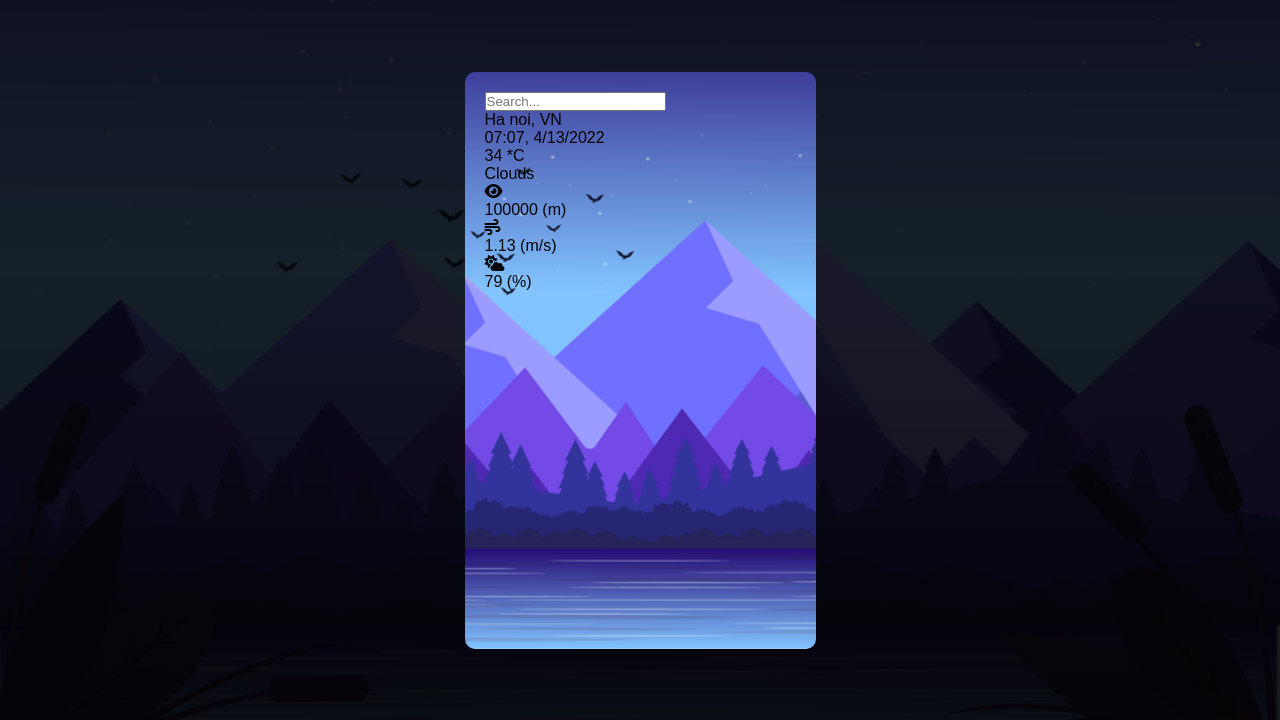
Repository: nganha241/weather-app
Page: index.html
An editor plug-in stored every save of this project. The page is shown before and after the next save, followed by the edit.
The browser window is 1280 px wide. The pictures show the whole page.
Some web libraries are served in a nearby version.

Above is the page before, as saved 2022-04-13 08:53:55.

### index.html
<!DOCTYPE html>
<html lang="en">
  <head>
    <meta charset="UTF-8" />
    <meta http-equiv="X-UA-Compatible" content="IE=edge" />
    <meta name="viewport" content="width=device-width, initial-scale=1.0" />
    <title>Document</title>
    <link rel="stylesheet" href="./style.css" />
  </head>
  <body>
    <div id="weather">
      <div class="header">
        <input type="text" placeholder="Search..." />
      </div>
      <div class="content">
        <div class="city">Ha noi, <span class="country">VN</span></div>
        <div class="time">07:07, <span class="date">4/13/2022</span></div>

        <div class="deg">34 *C</div>
        <div class="status">Clouds</div>
      </div>
      <div class="footer">
        <div class="detail">
          <div class="distance">
            <div><i class="fa-solid fa-eye"></i></div>
            <div>100000 <span>(m)</span></div>
          </div>
          <div class="speed">
            <div><i class="fa-solid fa-wind"></i></div>
            <div>1.13 <span>(m/s)</span></div>
          </div>
          <div class="humidity">
            <div><i class="fa-solid fa-cloud-sun"></i></div>
            <div>79 <span>(%)</span></div>
          </div>
        </div>
      </div>
    </div>
    <script
      src="https://kit.fontawesome.com/ae971d7ee0.js"
      crossorigin="anonymous"
    ></script>
    <script src="./main.js"></script>
  </body>
</html>

### style.css
* {
    padding: 0;
    margin: 0;
    box-sizing: border-box;
}

body {
    font-family: sans-serif;
    height: 100vh;
    display: flex;
    justify-content: center;
    align-items: center;
    background: linear-gradient(to top, rgba(0, 0, 0, 0.9), rgba(0, 0, 0, 0.8)), url(./img1.png) no-repeat center/cover;
}

#weather {
    padding: 20px;
    width: 351px;
    height: 577px;
    border: none;
    border-radius: 10px;
    background: url(./img1.png) no-repeat center/cover;
}

.header input{

}

Loaded but not shown: main.js (no copy from this time; the picture is the same without it)

After the next save:
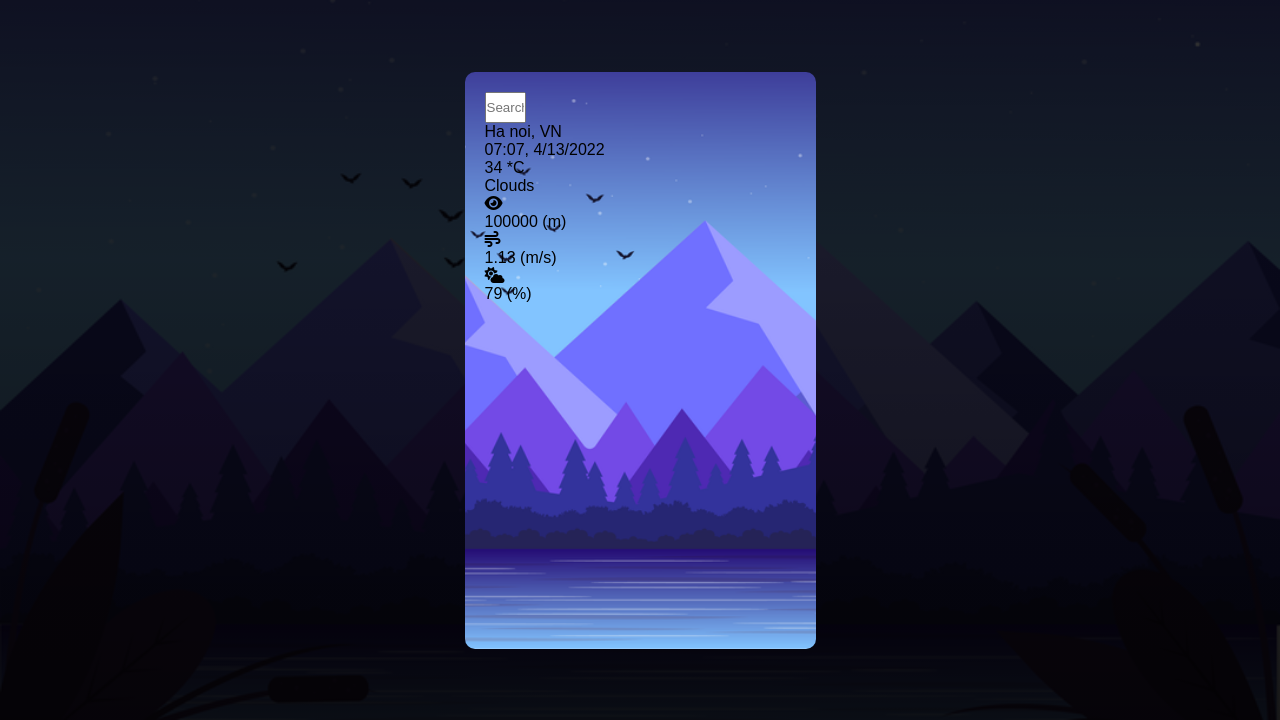
Saved 31 s later.
--- a/style.css
+++ b/style.css
@@ -23,5 +23,6 @@ body {
 }
 
 .header input{
-
+    width: 41px;
+    height: 31px;
 }
